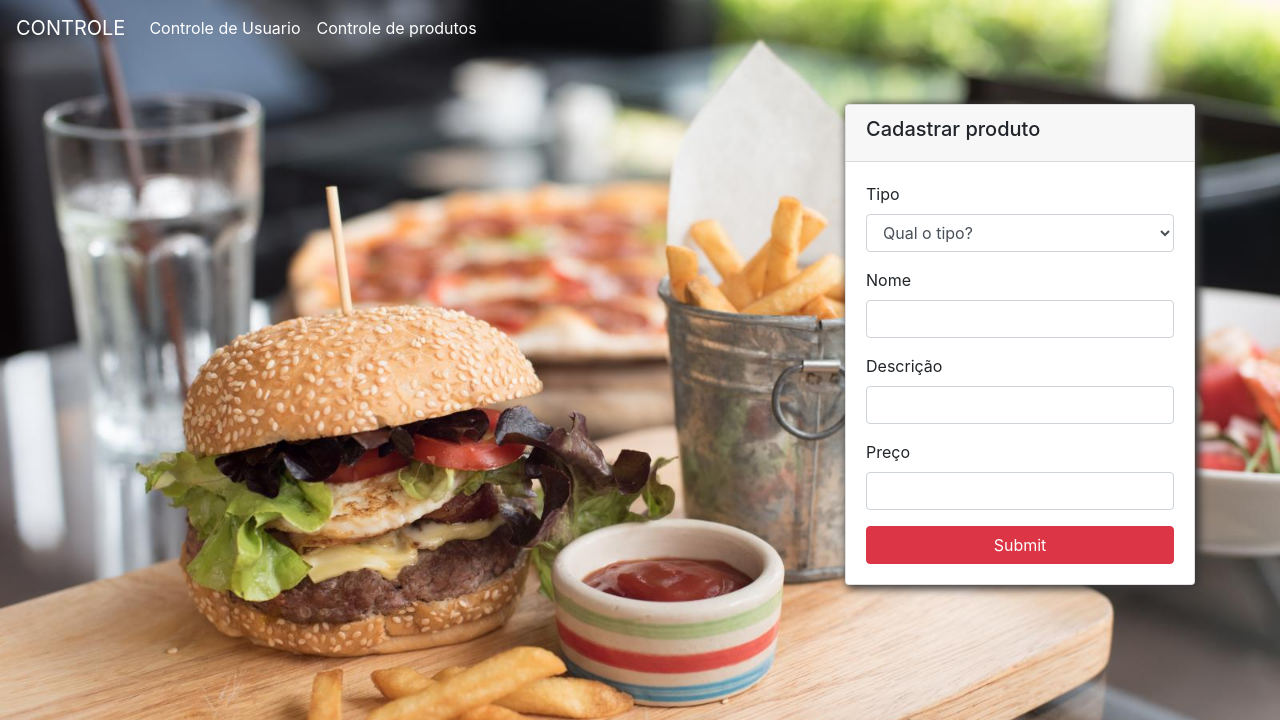
Repository: AnaMassaro/projetoRestaurante
Page: http://localhost/WEBRes/cadastrarProduto.jsp
These files come from the project's save history. The page is drawn as it stood at one moment and after the next save; the edit follows.
The browser window is 1280 px wide. The pictures show the whole page.
The page is served by Tomcat 9. Other server files are loaded and not shown.

Above is the page before, as saved 2019-12-17 10:57:08.
Console error: TypeError: Cannot read properties of undefined (reading 'fn')
Not found: WEBRes/WEBRes/style.css

### WEBRes/WebContent/cadastrarProduto.jsp
<%@ page language="java" contentType="text/html; charset=ISO-8859-1"
    pageEncoding="ISO-8859-1"%>
<!DOCTYPE html PUBLIC "-//W3C//DTD HTML 4.01 Transitional//EN" "http://www.w3.org/TR/html4/loose.dtd">
<html>
<head>
<meta http-equiv="Content-Type" content="text/html; charset=ISO-8859-1">
<title>Cadastro de produto</title>
	<meta name="viewport" content="width=device-width, initial-scale=1.0">
    <meta http-equiv="X-UA-Compatible" content="ie=edge">
	<script type="text/javascript" src="bootstrap/js/bootstrap.js"></script>
	<link rel="stylesheet" href="bootstrap/css/bootstrap.css">
	<link rel="stylesheet" href="style.css">

    <style>

		body,html{
			height:100%;
		}

        body {
            background-image:url(./img/plano2.jpg);
            background-repeat: no-repeat;
            background-size: cover;

        }

		input[type=text]:hover, textarea:hover{
	      	border:1px solid rgba(219, 140, 83, 0.9);
		}

		#escritaCadProd {
			font-family: Verdana, Geneva, Tahoma, sans-serif;
            font-size: 4vh;
            color: white;
		}
		.c{
			box-shadow:3px 2px 8px 2px rgb(59,57, 57);
		}

    </style>
</head>

<body>
        <nav class="navbar navbar-expand-lg">
                <a class="navbar-brand" href="adm.jsp" id="escola" style="color: white;">CONTROLE</a>
                    <button class="navbar-toggler" type="button" data-toggle="collapse" data-target="#navbarSupportedContent" aria-controls="navbarSupportedContent" aria-expanded="false" aria-label="Toggle navigation">
                      <span class="navbar-toggler-icon"></span>
                   </button>

            <div class="collapse navbar-collapse" id="navbarSupportedContent">

                  <ul class="navbar-nav mr-auto">


                    <li class="nav-item">
                      <a class="nav-link" href="controleUser.jsp" style="color: white;">Controle de Usuario</a>
                    </li>

                    <li class="nav-item">
                      <a class="nav-link" href="controleProduto.jsp" style="color: white;">Controle de produtos</a>
                    </li>

                  </ul>
            </div>
          </nav>

	<div class="container mt-5">
        <div class="row ">
   			<div class="col-8">

   			</div>
   			<div class="col-lg-4 col-sm-12">
   				<div class="card c">
   					<div class="card-header">
   						<h5>Cadastrar produto</h1>
   					</div>
   					<div class="card-body">
   						<form method="get" action="Processa">

   							<div class="form-group">
   								<label>Tipo</label>
   								<select name="tipoProd" class="form-control">
   									<option value="selecione" disabled selected >Qual o tipo?</option>
   									<option value="lanche">Lanche</option>
   									<option value="porcao">Porção</option>
   									<option value="bebida">Bebida</option>
   								</select>
   							</div>

   							<div class="form-group">
   								<label>Nome</label>
   								<input type="text" name="nomeProd" class="form-control">
   							</div>
   							<div class="form-group">
   								<label>Descrição</label>
   								<input type="text" name="descricaoProd" class="form-control">
   							</div>

   							<div class="form-group">
   								<label>Preço</label>
   								<input type="text" name="precoProd" class="form-control">
   							</div>
   							<input type="hidden" name="acao" value="cadastrarProduto">
   							<input type="submit" class="btn btn-danger btn-block">
   						</form>
   					</div>
   				</div>
   			</div>
        </div>
    </div>



</body>
</html>

Loaded but not shown: WEBRes/WebContent/bootstrap/js/bootstrap.js (library); WEBRes/WebContent/bootstrap/css/bootstrap.css (library)

After the next save:
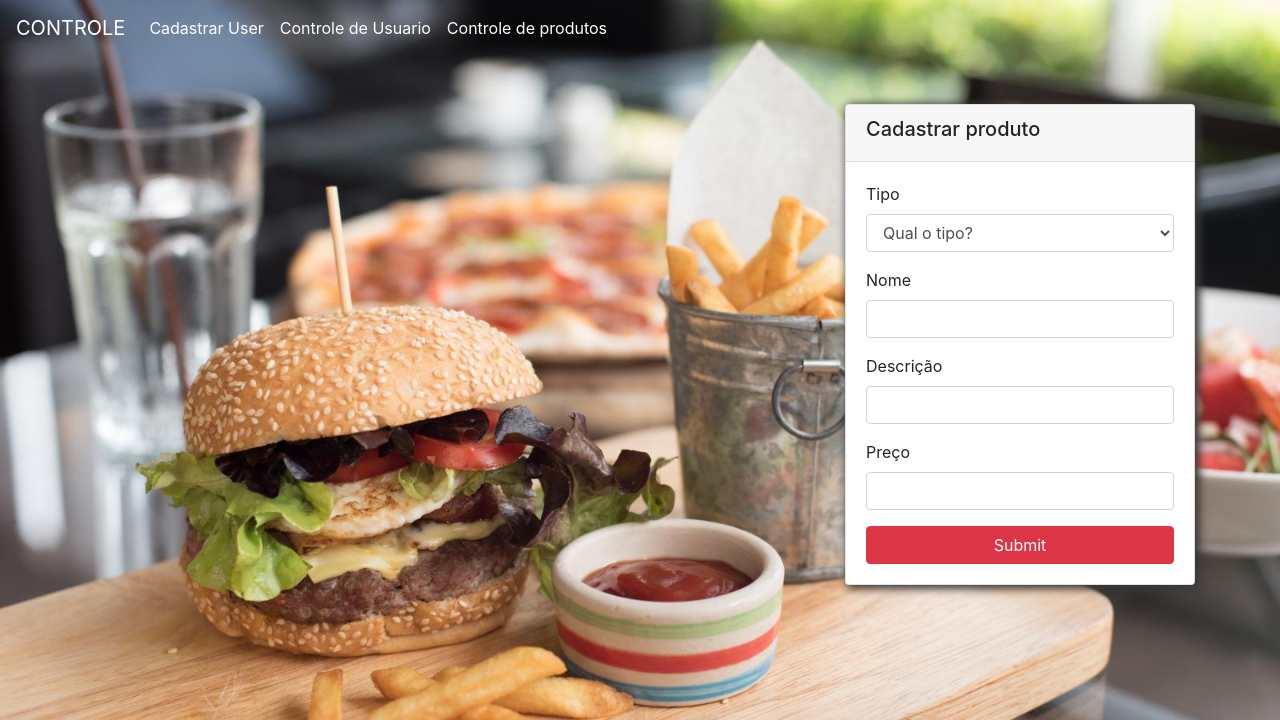
Saved 32 s later.
--- a/WEBRes/WebContent/cadastrarProduto.jsp
+++ b/WEBRes/WebContent/cadastrarProduto.jsp
@@ -51,6 +51,9 @@
 
                   <ul class="navbar-nav mr-auto">
 
+                    <li class="nav-item">
+                      <a class="nav-link" href="cadastraUser.jsp" style="color: white;">Cadastrar User</a>
+                    </li>
 
                     <li class="nav-item">
                       <a class="nav-link" href="controleUser.jsp" style="color: white;">Controle de Usuario</a>
